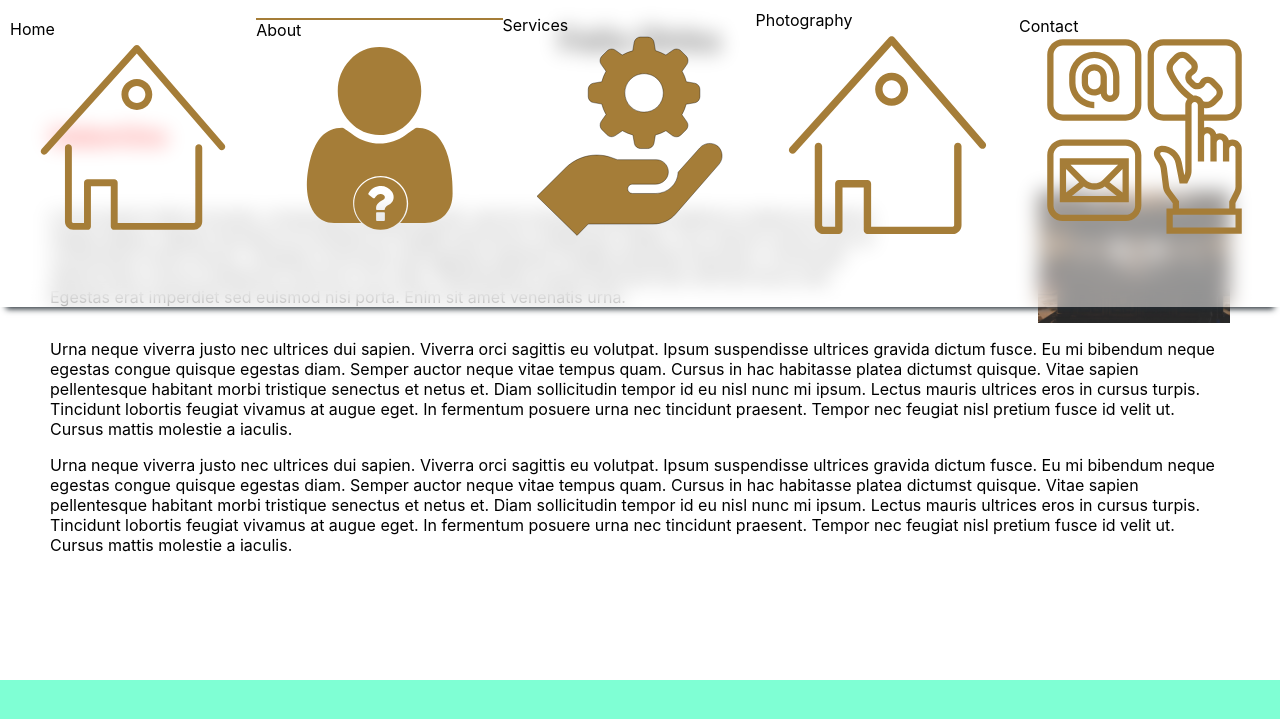
Repository: muhanad-musawi/backend-projekt-frondend
Page: /About (app in pohtographer/)
The author's editor kept a copy of each file at every save. The page is drawn from the files as they stood at one save, then again after a run of saves.
The browser window is 1280 px wide. The pictures show the whole page.
The project was rebuilt for these pictures with package versions that can differ from the ones it lists, and the page was loaded fresh each time. The framework's server and built-in components were replaced by stand-ins that run in the browser. Also part of the build but not shown: pohtographer/next.config.js.

Above is the page before, as saved 2022-03-24 09:18:38.

### pohtographer/pages/_app.js
import '../styles/globals.css'
import Layout from '../layouts/default'

function MyApp({ Component, pageProps }) {


  const getLayout = Component.getLayout
  || ((page) => (<Layout>{page}</Layout>))

  return  getLayout (<Component {...pageProps} />


  )

}

export default MyApp

### pohtographer/pages/About.jsx

import styles from '../styles/main.module.css'
import Image from 'next/image'
import imgA from '../img/philip-strong-iOBTE2xsYko-unsplash.jpg'


function UeberUns() {
  return (
    <div>

    <div className={styles.mainContent}  >

    <h2 className={styles.hTwo} >UeberUns</h2>

    <div  className={styles.imgText} >
    <p className={styles.text} >Lorem ipsum dolor sit amet, consectetur adipiscing elit, sed do eiusmod tempor incididunt ut labore et dolore magna aliqua. Sapien faucibus et molestie ac feugiat sed lectus vestibulum mattis. Arcu dictum varius duis at consectetur lorem donec. Volutpat commodo sed egestas egestas fringilla phasellus faucibus. Commodo ullamcorper a lacus vestibulum sed arcu non odio. Pellentesque massa placerat duis ultricies lacus sed. Egestas erat imperdiet sed euismod nisi porta. Enim sit amet venenatis urna.
    </p>
    <Image width={192}  height={118} src={imgA} alt="" />
    </div>

    <p  className={styles.text}>Urna neque viverra justo nec ultrices dui sapien. Viverra orci sagittis eu volutpat. Ipsum suspendisse ultrices gravida dictum fusce. Eu mi bibendum neque egestas congue quisque egestas diam. Semper auctor neque vitae tempus quam. Cursus in hac habitasse platea dictumst quisque. Vitae sapien pellentesque habitant morbi tristique senectus et netus et. Diam sollicitudin tempor id eu nisl nunc mi ipsum. Lectus mauris ultrices eros in cursus turpis. Tincidunt lobortis feugiat vivamus at augue eget. In fermentum posuere urna nec tincidunt praesent. Tempor nec feugiat nisl pretium fusce id velit ut. Cursus mattis molestie a iaculis.</p>

    <p className={styles.text}>
    Urna neque viverra justo nec ultrices dui sapien. Viverra orci sagittis eu volutpat. Ipsum suspendisse ultrices gravida dictum fusce. Eu mi bibendum neque egestas congue quisque egestas diam. Semper auctor neque vitae tempus quam. Cursus in hac habitasse platea dictumst quisque. Vitae sapien pellentesque habitant morbi tristique senectus et netus et. Diam sollicitudin tempor id eu nisl nunc mi ipsum. Lectus mauris ultrices eros in cursus turpis. Tincidunt lobortis feugiat vivamus at augue eget. In fermentum posuere urna nec tincidunt praesent. Tempor nec feugiat nisl pretium fusce id velit ut. Cursus mattis molestie a iaculis.
    </p>

  </div>

  </div>
  )
}

export default UeberUns

### pohtographer/styles/globals.css
html,
body {
  padding: 0;
  margin: 0;
  font-family: -apple-system, BlinkMacSystemFont, Segoe UI, Roboto, Oxygen,
    Ubuntu, Cantarell, Fira Sans, Droid Sans, Helvetica Neue, sans-serif;
}

a {
  color: inherit;
  text-decoration: none;
}

* {
  box-sizing: border-box;
}

### pohtographer/layouts/default.jsx

import Header from '../components/Header'

import Footer from '../components/Footer'
import Head from 'next/head'


function Layout ({children}) {
  return (
    <div>
       <Header/>
       <Head>
        <title>my-App</title>
        <meta name="description" content="Generated by create next app" />
        <link rel="icon" href="/favicon.ico" />
      </Head>
      {children}
      <Footer/>
    </div>
  )
}

export default Layout

### pohtographer/styles/main.module.css


.mainContent{
  margin: 30px 50px;
}

.hTwo {
  color: red;
  margin: 40px 0px;
}

.text{
  text-align: left;


}

.imgText{
  display: flex;
  justify-content: space-between;
}

.imgText p {
  width: 70%;
 }

### pohtographer/components/Header.jsx
import Link from 'next/link'
import Image from 'next/image'
import home from '../img/home.svg'
import about from '../img/about.svg'
import service from '../img/service.svg'
import experience from '../img/experience.svg'
import contact from '../img/contact.svg'

import styles from '../styles/Header.module.css'
import { useRouter } from "next/router";



function Header() {

  const router = useRouter();

  return (
    <div className={styles.navbarCenter} >
      <h1 className={styles.logoName}>Felix Dirks</h1>
    <div className={styles.headerLinks}>

        <Link href="/">
          <a className={router.pathname == "/" ? styles.active : ""}><span className='desktopVersion'>Home</span>
        <span className='mobileVersion'>

        <Image src={home} alt="home" />

        </span></a>
        </Link>

        <Link href="/About">
          <a className={router.pathname == "/About" ? styles.active : ""}>
          <span className='desktopVersion'>About</span>
        <span className='mobileVersion'>

        <Image src={about} alt="home" />

        </span>
          </a>
        </Link>

        <Link href="/Services">
          <a className={router.pathname == "/Services" ? styles.active  : ""}>
          <span className='desktopVersion'>Services</span>
        <span className='mobileVersion'>

        <Image src={service} alt="home" />

        </span>
          </a>
        </Link>

        <Link href="/Photography">
          <a className={router.pathname == "/Photography" ? styles.active  : ""}>
          <span className='desktopVersion'>Photography</span>
        <span className='mobileVersion'>

        <Image src={home} alt="home" />

        </span>
          </a>
        </Link>

        <Link href="/Contact">
          <div className={router.pathname == "/Contact" ? styles.active : ""}>
          <span className='desktopVersion'>Contact</span>

        <span className='mobileVersion'>

        <Image src={contact} alt="contact" />

        </span>
          </div>
        </Link>

        </div>

    </div>
  )
}

export default Header

### pohtographer/components/Footer.jsx
import styles from '../styles/Footer.module.css'

function Footer() {
  return (
    <div className={styles.footer} >

    </div>
  )
}

export default Footer

### pohtographer/styles/Header.module.css
/*
$color-white:#ffffff;
$footer-color:#737373;
$color-gold:#a57d38;
$color-dark:#242d34;
*/




.navbarCenter{
  width: 100%;
  display: flex;
  justify-content: center;

}

.headerLinks{
  -webkit-backdrop-filter: blur(10px);
    backdrop-filter: blur(10px);
    background-color: rgba(255, 255, 255, 0.5);

  margin: auto auto;
  padding: 10px;
  margin-bottom: 50px;
  display: flex;
  justify-content: space-around;
  align-items: center;

  border-radius: 40px;
  overflow: hidden;
  position: fixed;
  bottom: 0;
  width: 85%;
}

 .mobileVersion{
  display: flex;
  justify-content: center;
  align-items: center;
  visibility: visible;
  border: 1px solid  #a57d38;
  border-radius: 60%;
}
 .mobileVersion:hover{
  border: 1px solid  #a57d38;
  background-color: #242d34;
  border-radius: 60%;
}
.active{
  background-color: #242d34;
  border-radius: 60%;
  border: 2px solid  #a57d38;
}

.mobileVersion img {
  width: 40px;
  margin: 5px;
  margin-left:10px ;
  margin-right:10px ;
  margin-top: 10px;
}

.desktopVersion{
  display: none;
  visibility: hidden;
}



@media screen and (min-width: 1024px) {

  .navbarCenter{

    position: sticky;
    overflow: hidden;
    z-index: 2;
    top: 0;

    width: 100%;
  }


  .headerLinks{
    width: 100%;
    -webkit-backdrop-filter: blur(10px);
      backdrop-filter: blur(10px);
      background-color: rgba(255, 255, 255, 0.5);


    justify-content: space-around;
    margin-top: 0px ;
    margin-bottom: 0px;
    border-radius: 0;
    bottom:unset;


    -webkit-box-shadow: 0 8px 6px -6px #242d34;
    -moz-box-shadow: 0 8px 6px -6px #242d34;
         box-shadow: 0 8px 6px -6px #242d34;
  }


  .active{

    background-color:initial;
    border-radius: 0;
    border: none;
    border-top: 2px solid #a57d38;
  }

   .mobileVersion{
    display: none;
    visibility: hidden;
  }
  .desktopVersion{



    display: block;
    visibility: visible;
  }




}

### pohtographer/styles/Footer.module.css


.footer {
  width: 100%;
  padding: 20px;
  background-color: aquamarine;
  position: absolute;
  bottom: 0;
  text-align: center;
}

After the next 4 saves:
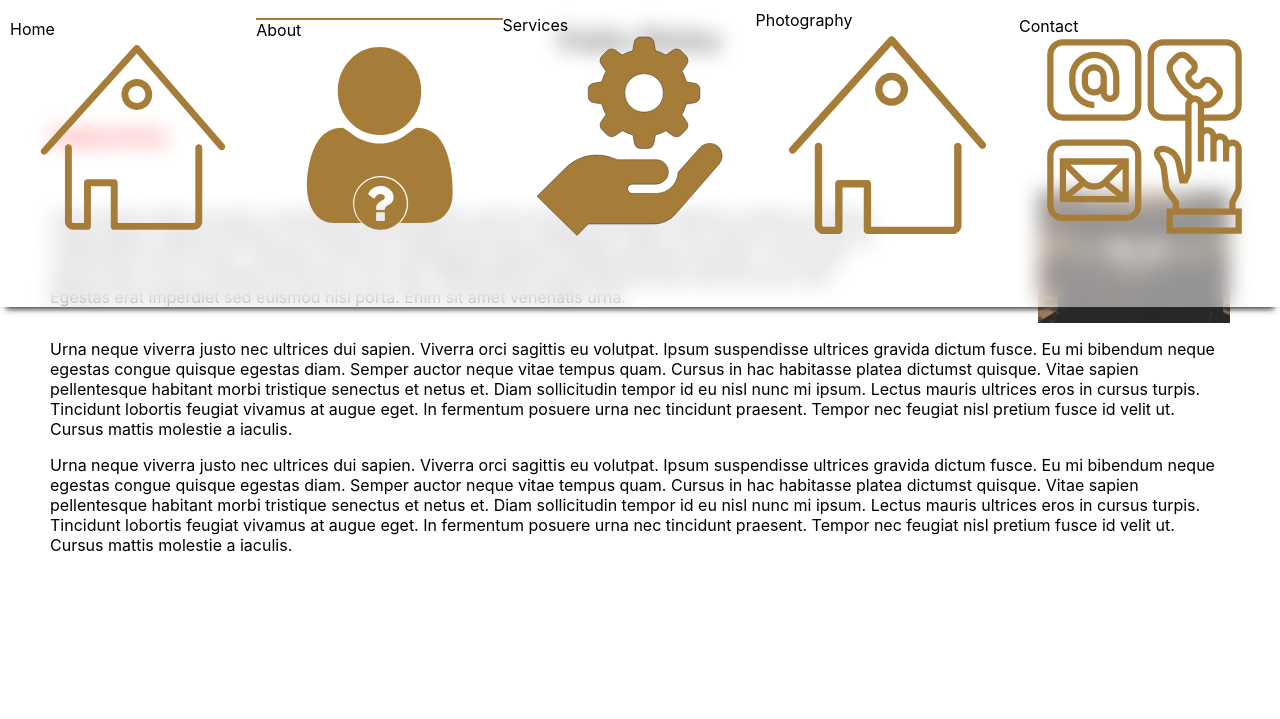
The 4 saves are shown as one change because 1 did not build or start and some came seconds apart.
The last was saved 30 s later.
--- a/pohtographer/styles/Footer.module.css
+++ b/pohtographer/styles/Footer.module.css
@@ -1,5 +1,5 @@
 
-
+/*
 .footer {
   width: 100%;
   padding: 20px;
@@ -7,4 +7,4 @@
   position: absolute;
   bottom: 0;
   text-align: center;
-}
+} */
